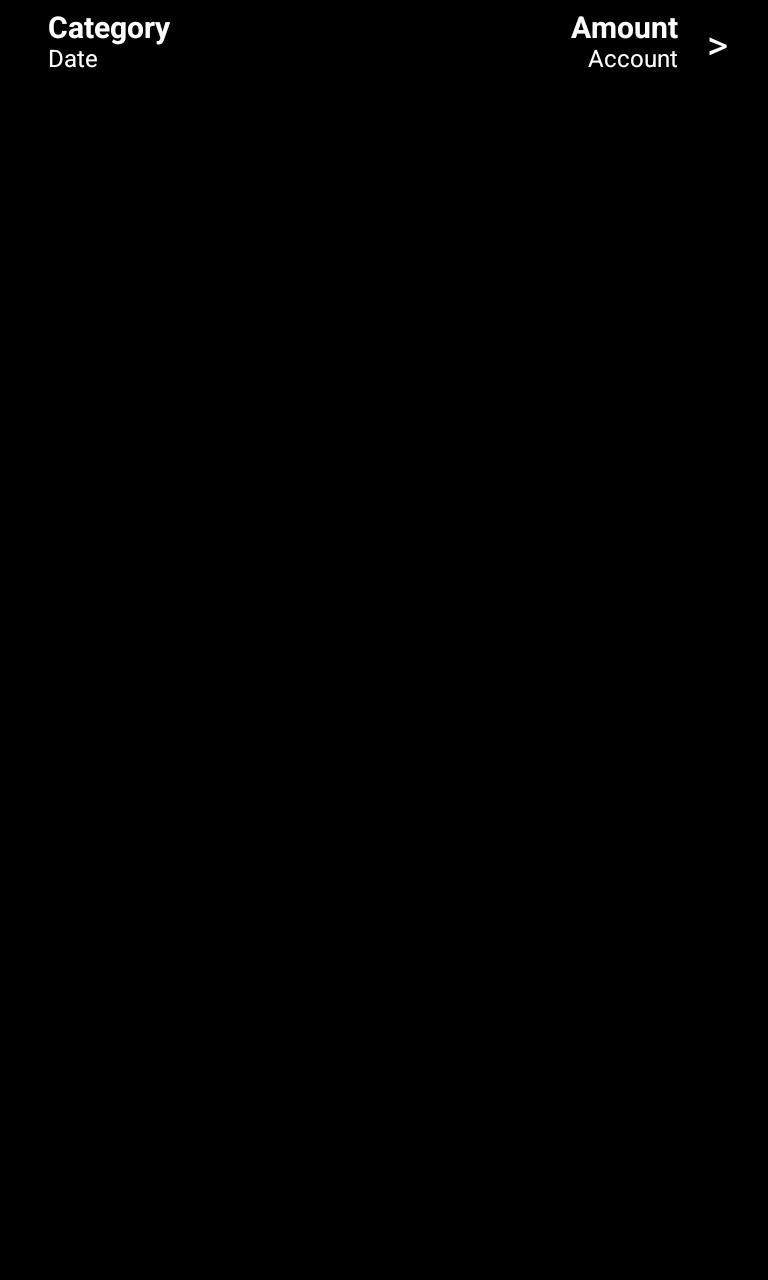
Repository: marlon-rodrigues/Nummus_Android
Layout: Nummus/res/layout/list_incexp.xml
The author's editor kept a copy of each file at every save. The layout is drawn from the files as they stood at one save, then again after the next save.
It is drawn on a 768 x 1280 px phone screen (xhdpi) without system bars, with theme AppTheme; the app's code is not run.

Above is the layout before, as saved 2012-08-25 19:04:48.

After the next save:
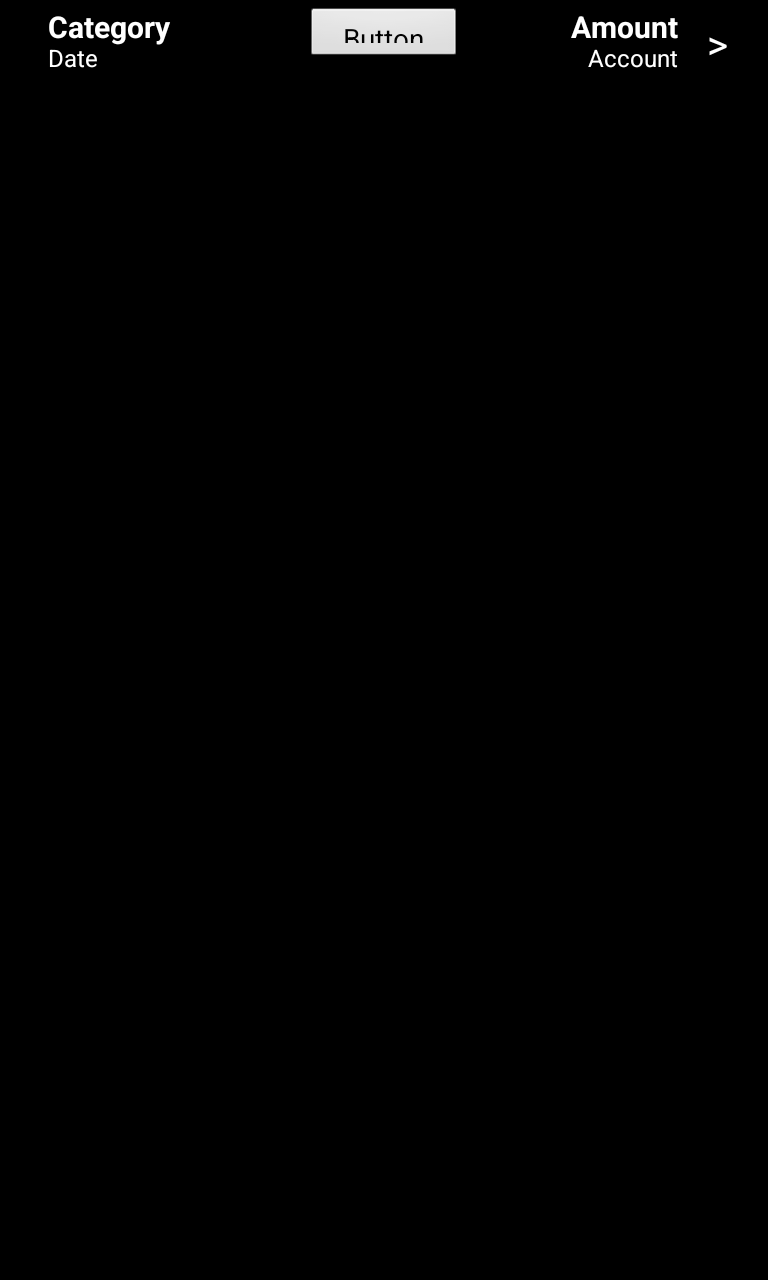
Saved 9 min 22 s later.
--- a/Nummus/res/layout/list_incexp.xml
+++ b/Nummus/res/layout/list_incexp.xml
@@ -62,4 +62,12 @@
         android:textColor="#FFFFFF"
         android:textSize="20sp"/>
 
+	<Button
+	    android:id="@+id/buttonDeleteIncExp"
+	    android:layout_width="80dp"
+	    android:layout_height="30dp"
+	    android:layout_alignTop="@+id/textAmount"
+	    android:layout_centerHorizontal="true"
+	    android:text="Button" />
+
 </RelativeLayout>

After the save that followed:
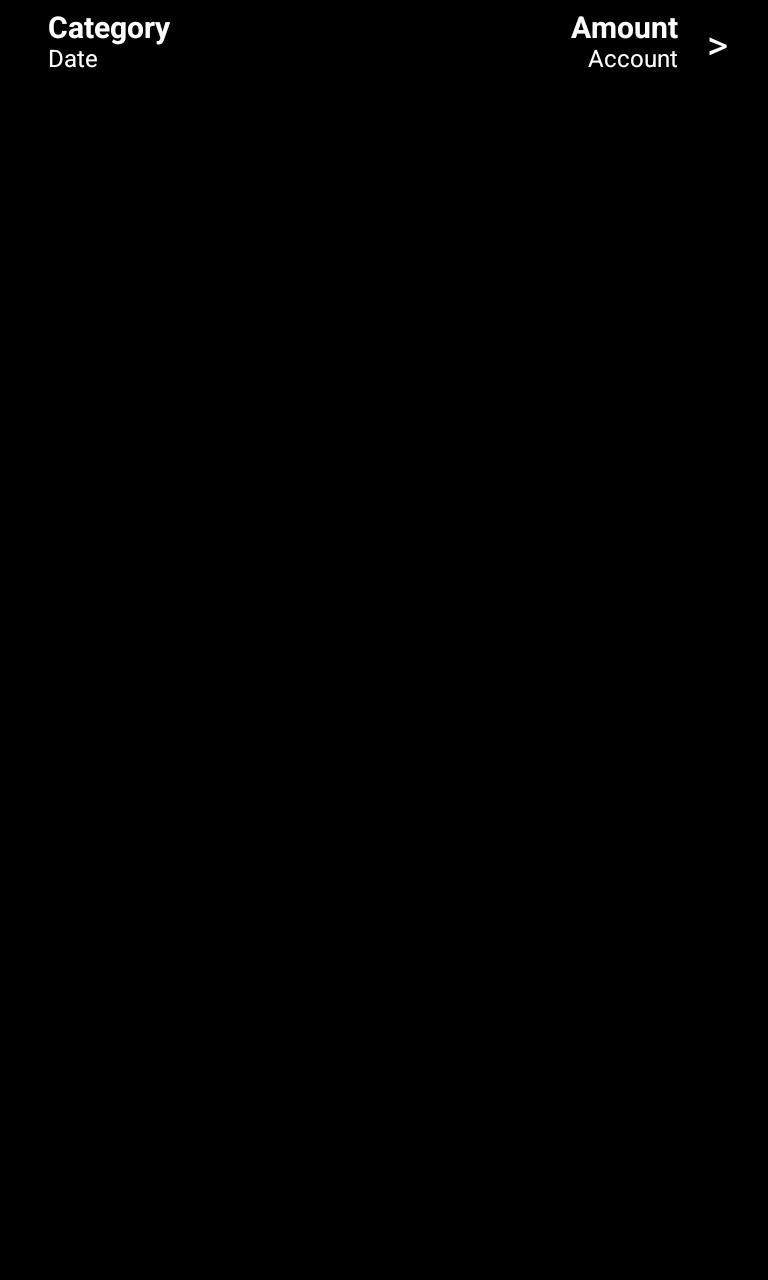
Saved 40 s later.
--- a/Nummus/res/layout/list_incexp.xml
+++ b/Nummus/res/layout/list_incexp.xml
@@ -68,6 +68,7 @@
 	    android:layout_height="30dp"
 	    android:layout_alignTop="@+id/textAmount"
 	    android:layout_centerHorizontal="true"
-	    android:text="Button" />
+	    android:text="Button"
+	    android:visibility="invisible" />
 
 </RelativeLayout>
